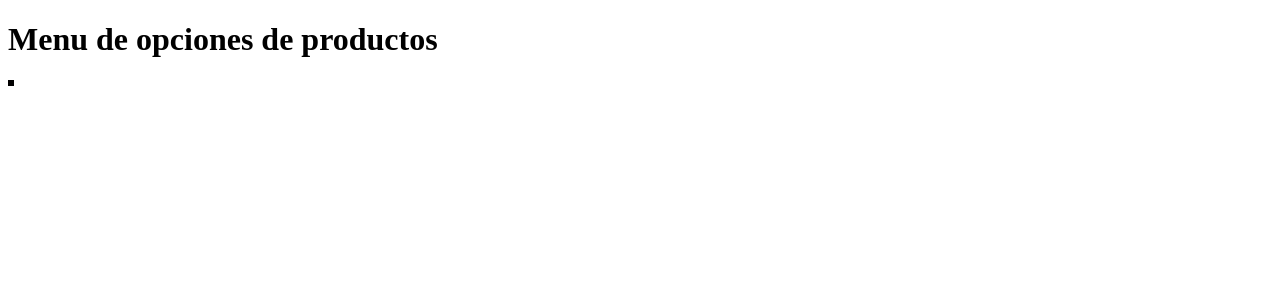
Repository: martinps206/Crud_JavaWebMaven
Page: http://localhost/Crud-JavaWeb/
These files come from the project's save history. The page is drawn as it stood at one moment and after the next save; the edit follows.
The browser window is 1280 px wide. The pictures show the whole page.
The page is served by Tomcat 9. Other server files are loaded and not shown.

Above is the page before, as saved 2022-10-09 04:37:02.

### Crud-JavaWeb/src/main/webapp/index.jsp
<%@ page language="java" contentType="text/html; charset=ISO-8859-1"
    pageEncoding="ISO-8859-1"%>
<!DOCTYPE html>
<html>
<head>
<meta charset="ISO-8859-1">
<title>Menu de opciones</title>
</head>
<body>
	<h1>
		Menu de opciones de productos
	</h1>

	<table bordercolor="1">

		<tr></tr>
	</table>
</body>
</html>

After the next save:
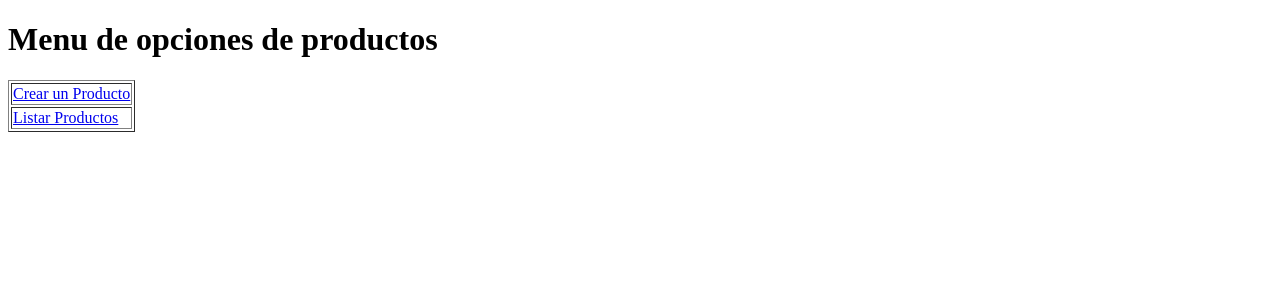
Saved 93 s later.
--- a/Crud-JavaWeb/src/main/webapp/index.jsp
+++ b/Crud-JavaWeb/src/main/webapp/index.jsp
@@ -11,9 +11,13 @@
 		Menu de opciones de productos
 	</h1>
 
-	<table bordercolor="1">
-
-		<tr></tr>
+	<table border="1">
+		<tr>
+			<td><a href="productos?opcion=crear"> Crear un Producto</a></td>
+		</tr>
+		<tr>
+			<td><a href="productos?opcion=listar"> Listar Productos</a></td>
+		</tr>
 	</table>
 </body>
 </html>
